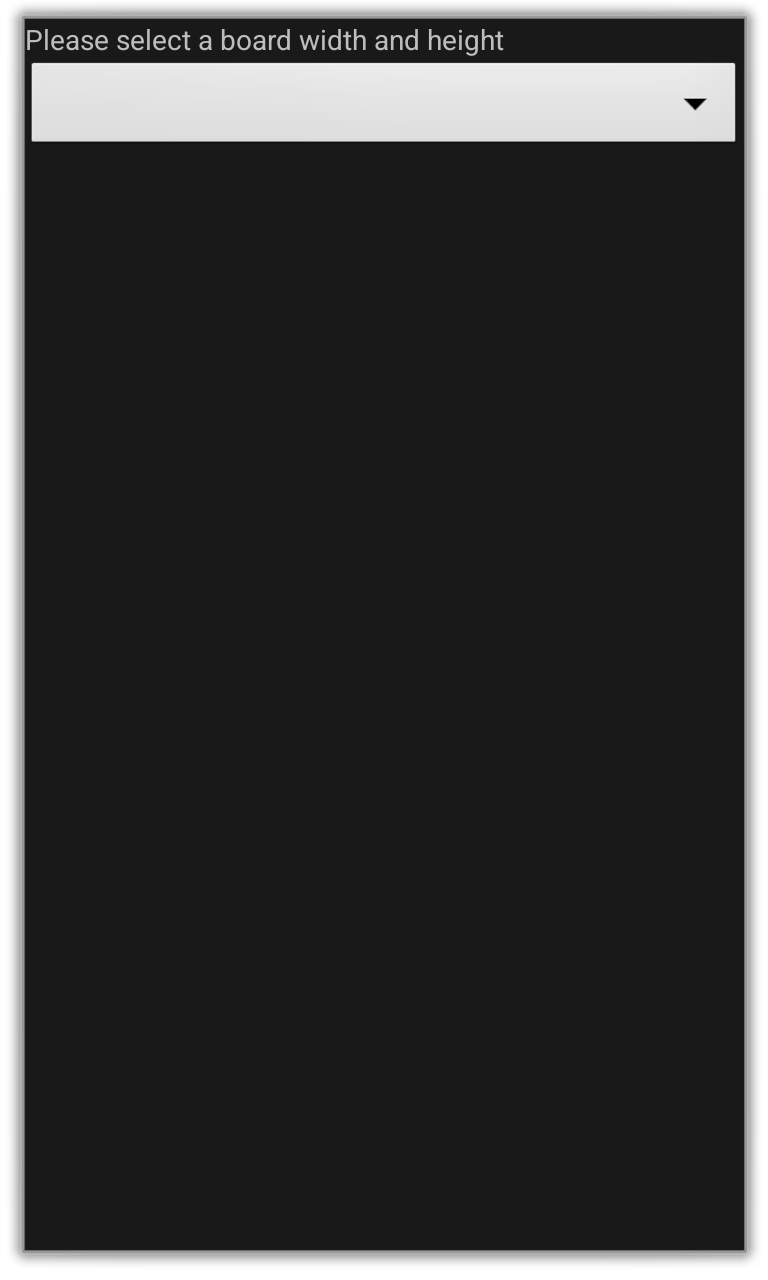
Repository: rickydalziel/project
Layout: Numbersorter/res/layout/new_game_dialog.xml
These files come from the project's save history. The layout is drawn as it stood at one moment and after the next save; the edit follows.
It is drawn on a 768 x 1280 px phone screen (xhdpi) without system bars, with theme android:Theme.Dialog; the app's code is not run.

Above is the layout before, as saved 2013-02-14 11:23:09.

### Numbersorter/res/layout/new_game_dialog.xml
<?xml version="1.0" encoding="utf-8"?>

<LinearLayout
     xmlns:android="http://schemas.android.com/apk/res/android"
	 android:orientation="vertical"
	 android:layout_width="fill_parent"
	 android:layout_height="fill_parent">

	 <TextView
	    android:id="@+id/newgametext"
	    android:layout_width="fill_parent"
	  	android:layout_height="wrap_content"
	  	android:text="@string/newgametext" />


	  <TableLayout
	        android:layout_height="wrap_content"
	        android:layout_width="wrap_content"
	        android:layout_gravity="center"
	        android:stretchColumns="*">

	        <TableRow>

				<Spinner
				    android:id="@+id/heightspinner"
				    android:layout_width="fill_parent"
				  	android:layout_height="wrap_content"
				  	android:drawSelectorOnTop="true" />




	        </TableRow>

		    <TableRow>



		    </TableRow>
		</TableLayout>

</LinearLayout>

### Numbersorter/res/values/strings.xml
<?xml version="1.0" encoding="utf-8"?>
<resources>

    <!-- Main menu strings -->

    <string name="app_name">Numbersorter</string>
    <string name="main_menu">Main Menu</string>
    <string name="menu_settings">Settings</string>
    <string name="title_activity_main">Number Sorter</string>
    <string name="new_game">New Game</string>
    <string name="continue_game">Continue</string>
    <string name="about">About</string>
    <string name="exit_game">Exit</string>

    <!-- About scree strings -->

    <string name="about_app">About Numbersorter</string>
    <string name="about_text">	    Numbersorter is a program written and desgned by Ricky Dalziel, for his 4th year honours project.
	    The aim of the game is to swipe a mxn grid of numbers into position so that they read from 1 - (m*n).
	</string>
    <string name="hello_world">Hello world!</string>
    <string name="title_activity_about">AboutActivity</string>

    <!-- New game dialog strings -->

    <string name="title_activity_new_game_dialog">NewGameDialog</string>
    <string name="set_board_size">Please select a board size</string>
    <string name="dialog_test">Testing</string>
    <string name="cancel">Cancel</string>

    <!-- Array options for the dialog box -->

    <string-array name="size_array">
        <item>3</item>
        <item>4</item>
        <item>5</item>
        <item>6</item>
    </string-array>

    <string name = "newgametext">Please select a board width and height</string>
    <string name = "height">Height</string>
    <string name = "width">Width</string>

</resources>

After the next save:
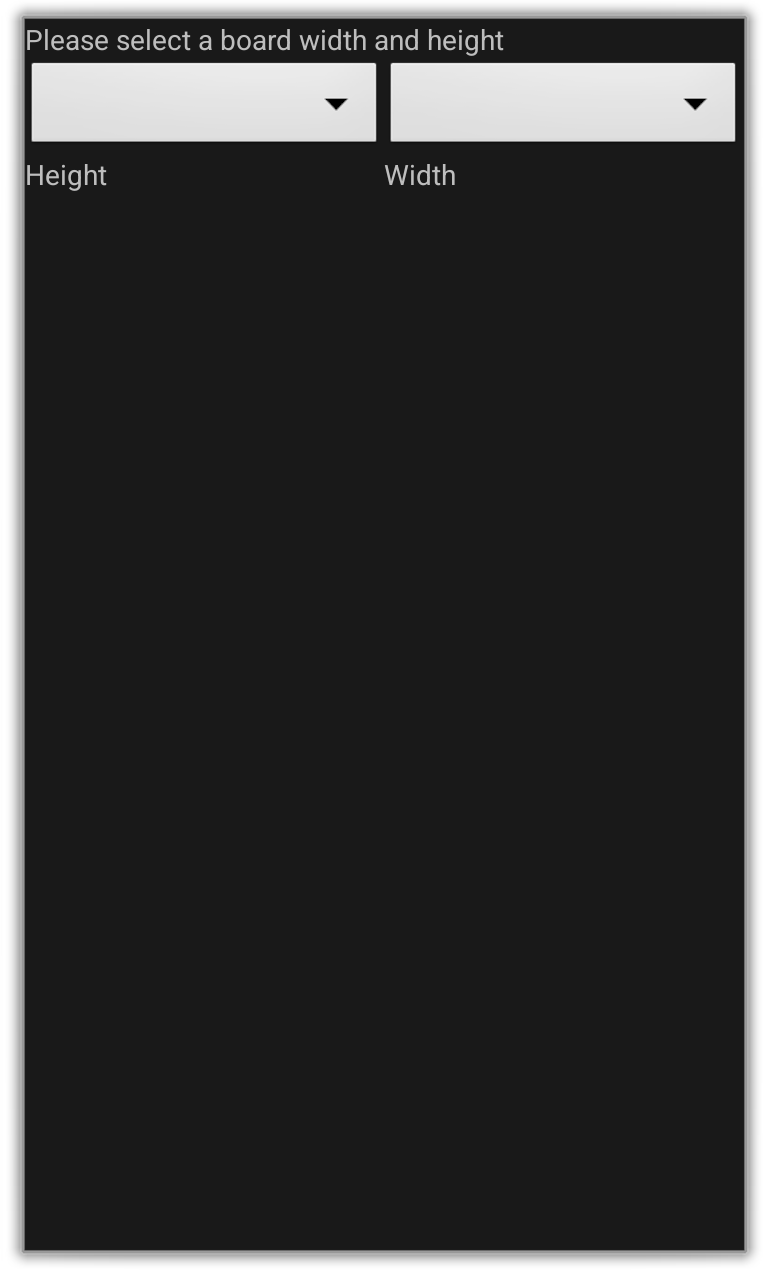
Saved 116 s later.
--- a/Numbersorter/res/layout/new_game_dialog.xml
+++ b/Numbersorter/res/layout/new_game_dialog.xml
@@ -27,12 +27,28 @@
 				  	android:layout_height="wrap_content"
 				  	android:drawSelectorOnTop="true" />
 
-
+				<Spinner
+				    android:id="@+id/heightspinner"
+				    android:layout_width="fill_parent"
+				  	android:layout_height="wrap_content"
+				  	android:drawSelectorOnTop="true" />
 
 
 	        </TableRow>
 
 		    <TableRow>
+
+		        <TextView
+				    android:id="@+id/heighttext"
+				    android:layout_width="fill_parent"
+				  	android:layout_height="wrap_content"
+				  	android:text="@string/height" />
+
+		        <TextView
+				    android:id="@+id/widthtext"
+				    android:layout_width="fill_parent"
+				  	android:layout_height="wrap_content"
+				  	android:text="@string/width" />
 
 
 
